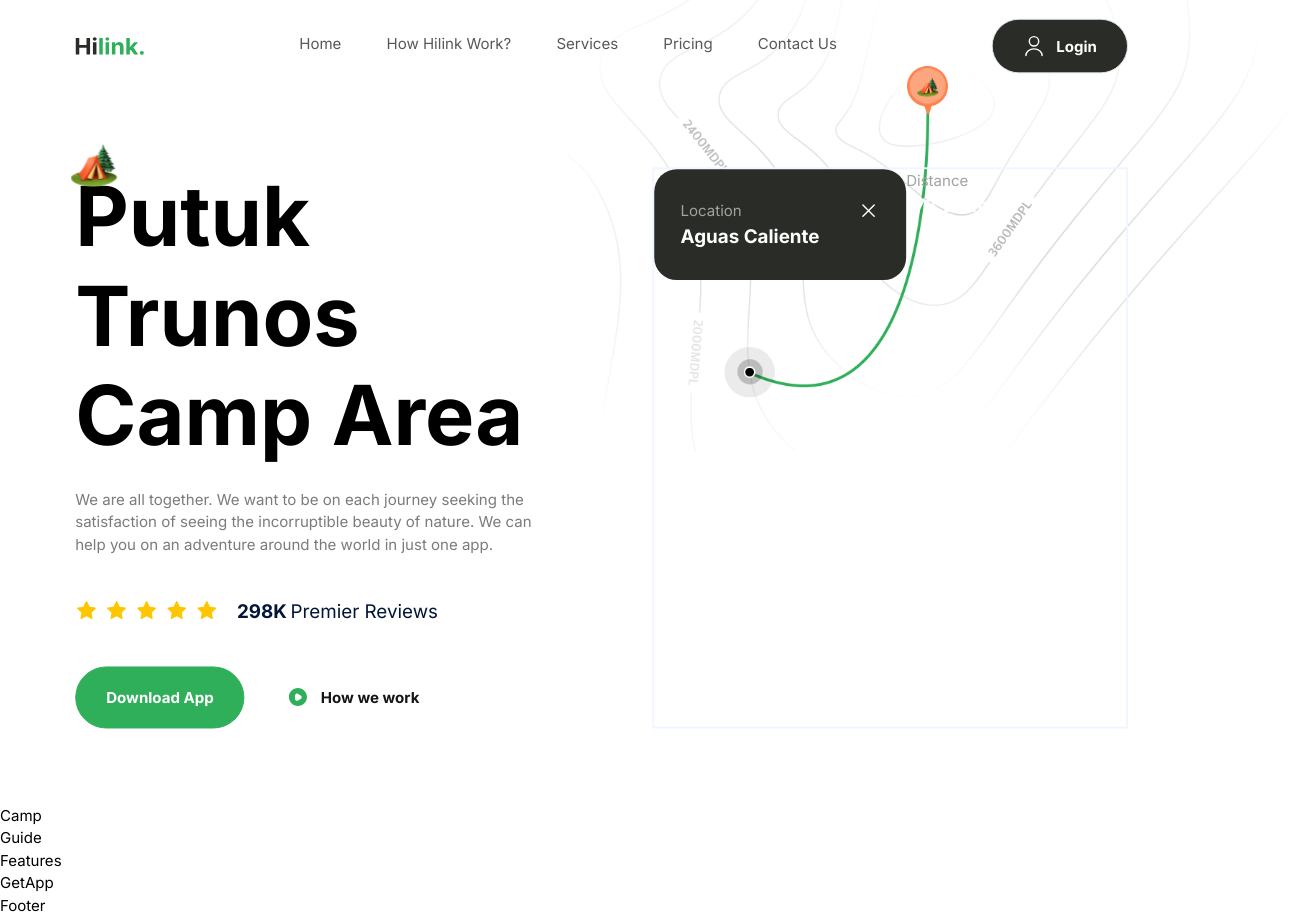
Repository: SouthpawC0der/Modern-reactsite
Page: /
The author's editor kept a copy of each file at every save. The page is drawn from the files as they stood at one save, then again after the next save.
The browser window is 1280 px wide. The page is 1392 px wide, so the pictures cover 1392 px, including what lies to the right of the window. The pictures show the whole page, at 94% of full size.
The project was rebuilt for these pictures with package versions that can differ from the ones it lists, and the page was loaded fresh each time. The framework's server and built-in components were replaced by stand-ins that run in the browser. Also part of the build but not shown: next.config.ts.

Above is the page before, as saved 2025-01-30 12:01:44.

After the next save:
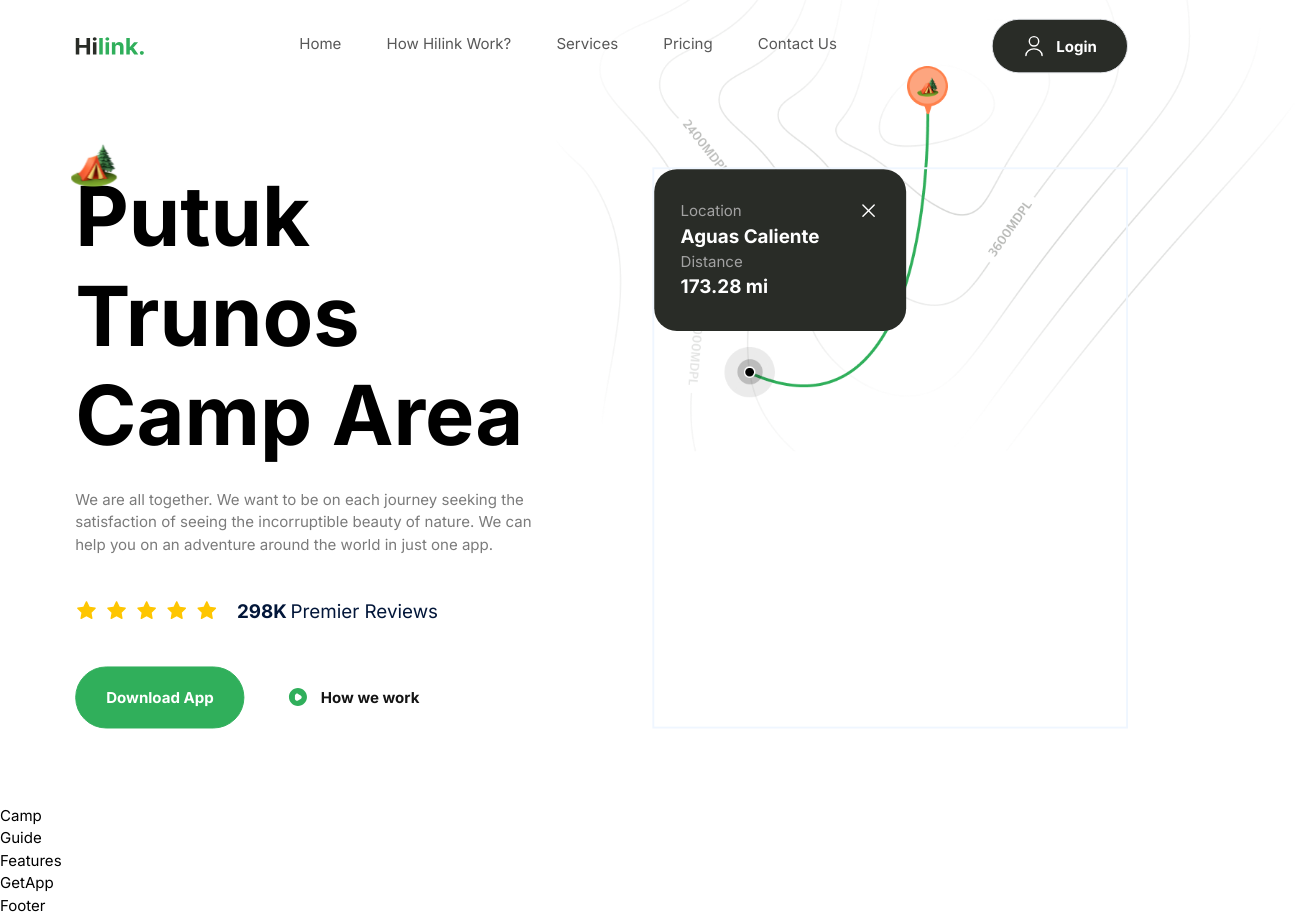
Saved 2 min 4 s later.
--- a/components/Hero.tsx
+++ b/components/Hero.tsx
@@ -68,16 +68,17 @@ const Hero = () => {
                           height={24}
                         />
                 </div>
+
                 <p className='bold-20 text-white'>Aguas Caliente</p>
                 </div>
 
+                <div className='flexBetween'>
+                  <div className='flex flex-col'>
+                    <p className='regular-16 block text-gray-20'>Distance</p>
+                    <p className='bold-20 text-white'>173.28 mi</p>
                 </div>
-                <div className='flexBetween'>
-                    <div className='flex flex-col'>
-                        <p className='regular-16 block text-gray-20'>Distance</p>
-                        <p className='bold-20 text-white'>173.28 mi</p>
-                    </div>
-                </div>
+              </div>
+            </div>
         </div>
     </section>
   )
